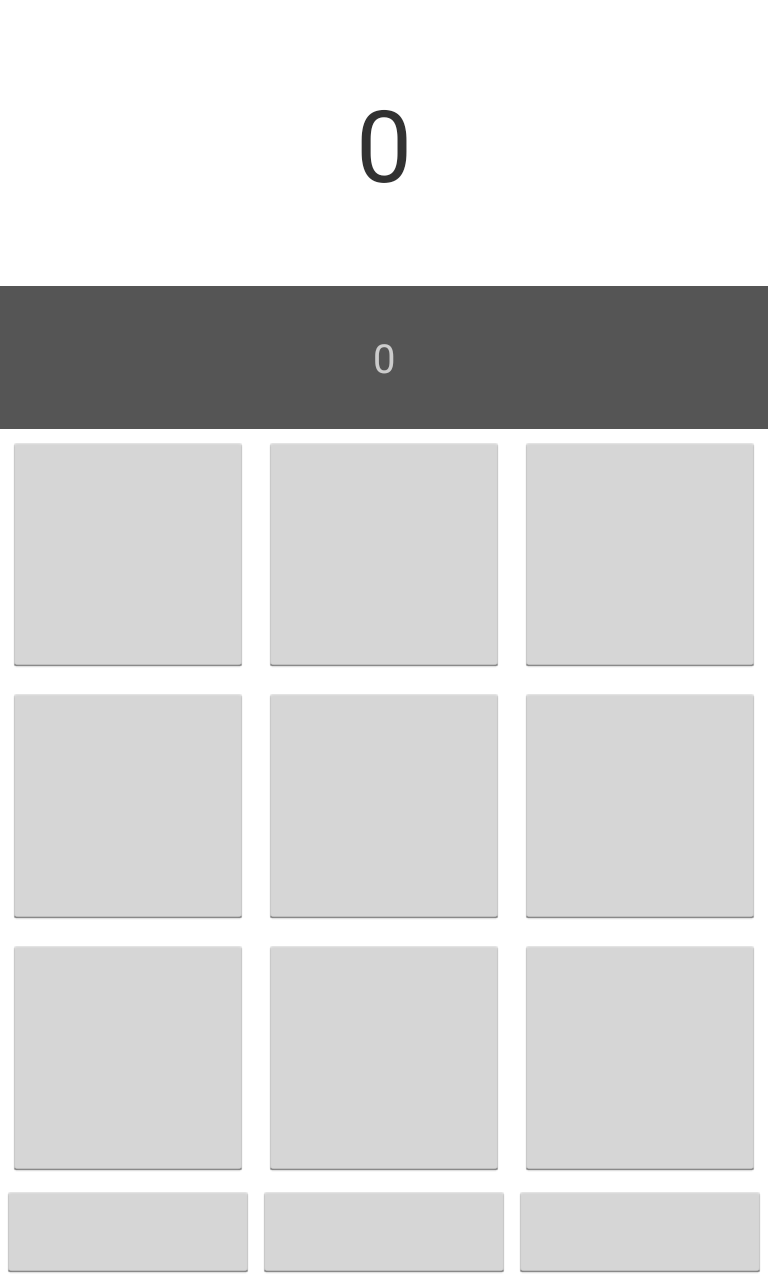
Repository: Wenfeng-GAO/Android-AppLites
Layout: RemoteControl/res/layout/fragment_remote_control.xml
These files come from the project's save history. The layout is drawn as it stood at one moment and after the next save; the edit follows.
It is drawn on a 768 x 1280 px phone screen (xhdpi) without system bars, with theme AppTheme; the app's code is not run.

Above is the layout before, as saved 2014-12-22 19:13:22.

After the next save:
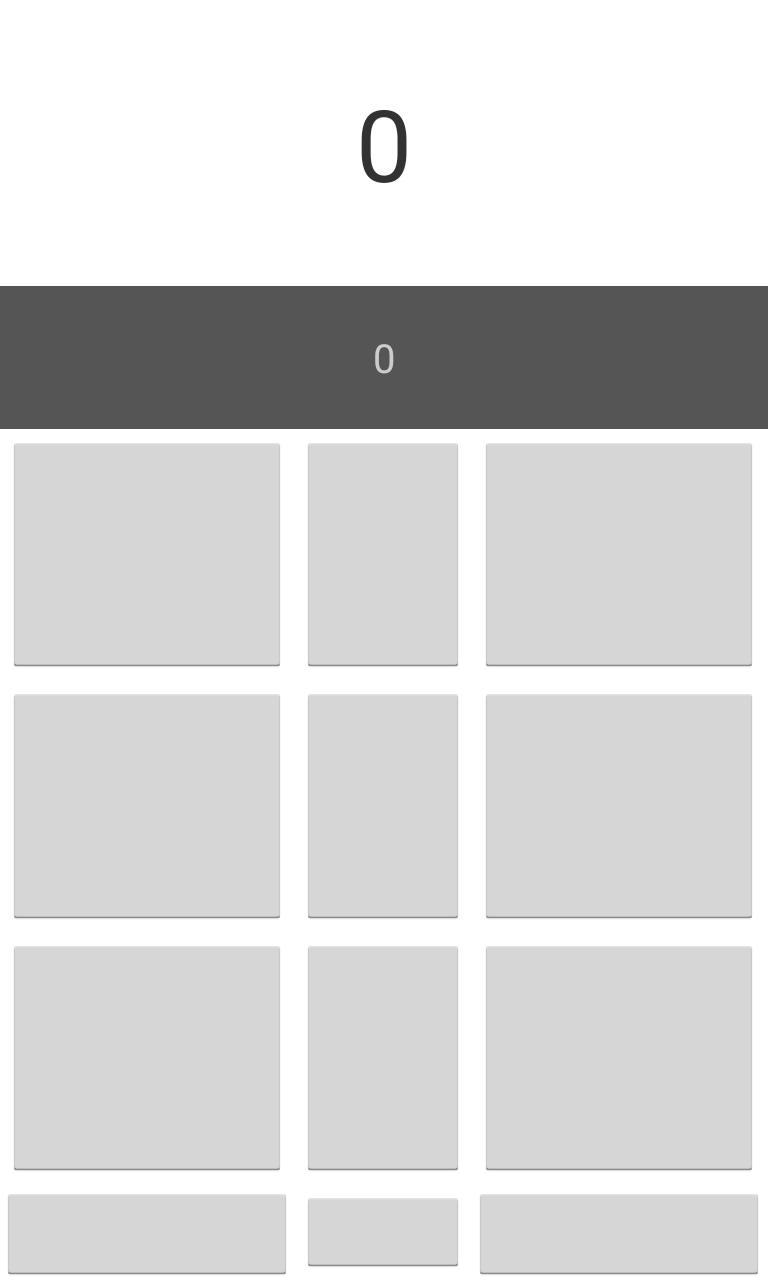
Saved 26 s later.
--- a/RemoteControl/res/layout/fragment_remote_control.xml
+++ b/RemoteControl/res/layout/fragment_remote_control.xml
@@ -36,7 +36,7 @@
     style="@style/ControlButton" /> -->
     <TableRow>
         <Button style="@style/ControlButton"/>
-        <Button style="@style/ControlButton"/>
+        <Button style="@style/RemoteButton"/>
         <Button style="@style/ControlButton"/>
     </TableRow>
 </TableLayout>

After the save that followed:
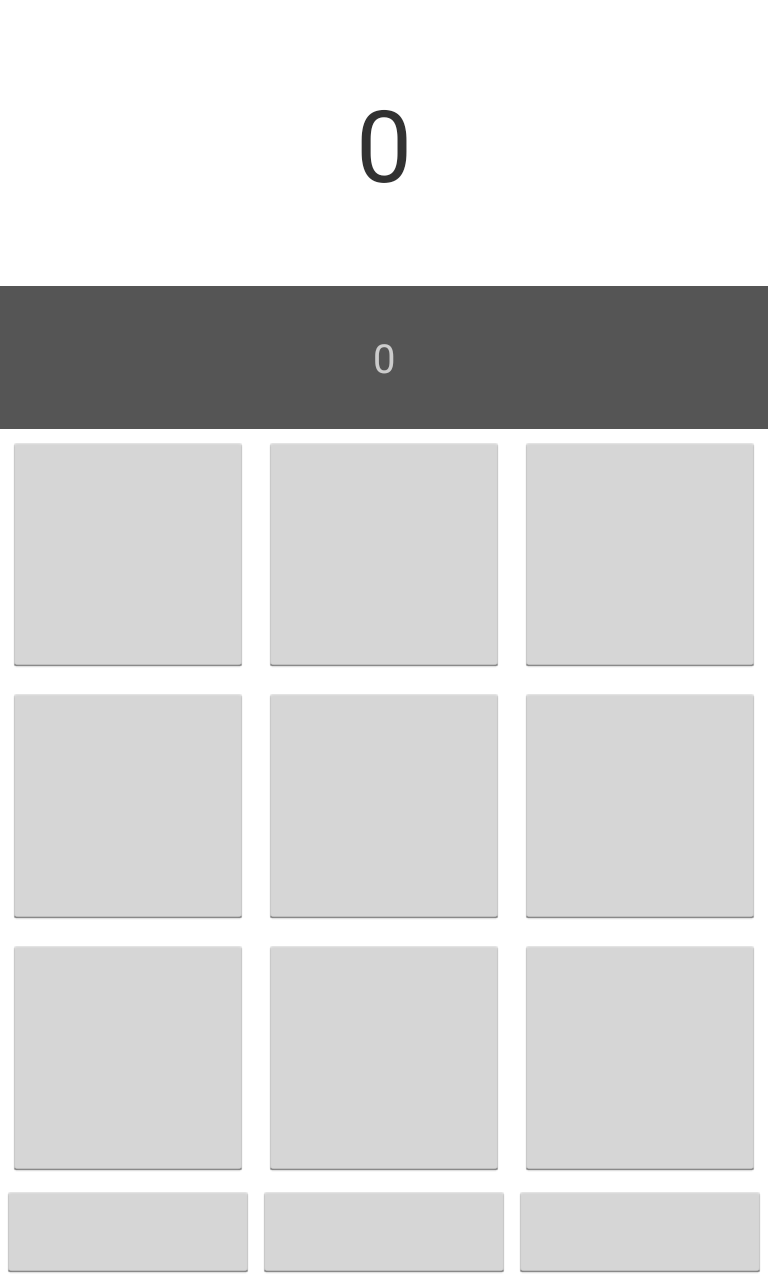
Saved 52 s later.
--- a/RemoteControl/res/layout/fragment_remote_control.xml
+++ b/RemoteControl/res/layout/fragment_remote_control.xml
@@ -36,7 +36,7 @@
     style="@style/ControlButton" /> -->
     <TableRow>
         <Button style="@style/ControlButton"/>
-        <Button style="@style/RemoteButton"/>
+        <Button style="@style/ControlButton"/>
         <Button style="@style/ControlButton"/>
     </TableRow>
 </TableLayout>
